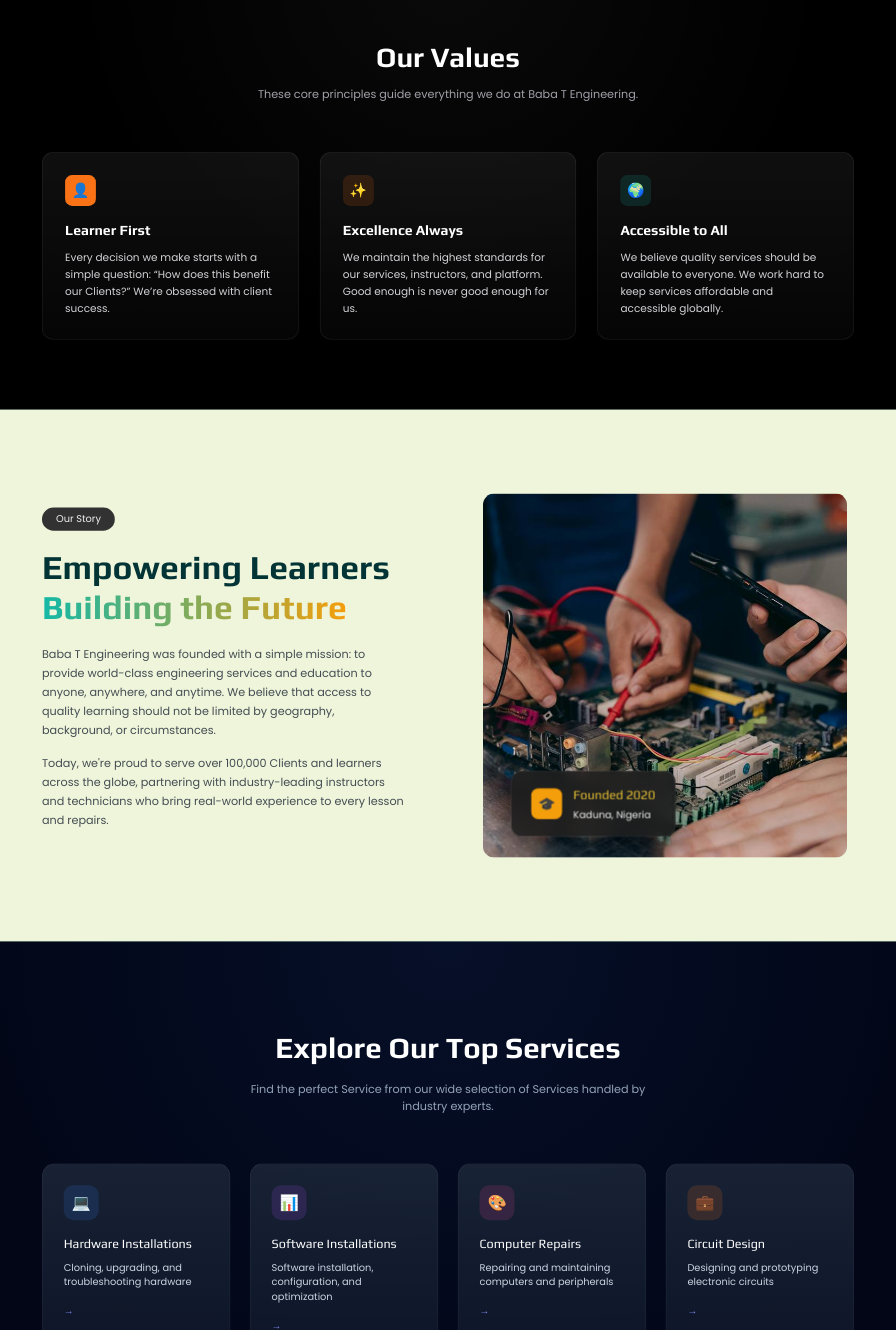
Repository: KC-Minchakpu/babatunde
Page: /
The author's editor kept a copy of each file at every save. The page is drawn from the files as they stood at one save, then again after the next save.
The browser window is 1280 px wide. The pictures show the part of the page from y = 983 to 2883 px (the page is 3736 px tall), at 70% of full size.
The project was rebuilt for these pictures with package versions that can differ from the ones it lists, and the page was loaded fresh each time. The framework's server and built-in components were replaced by stand-ins that run in the browser. Also part of the build but not shown: next.config.ts.

Above is the page before, as saved 2026-02-18 15:24:03.

After the next save:
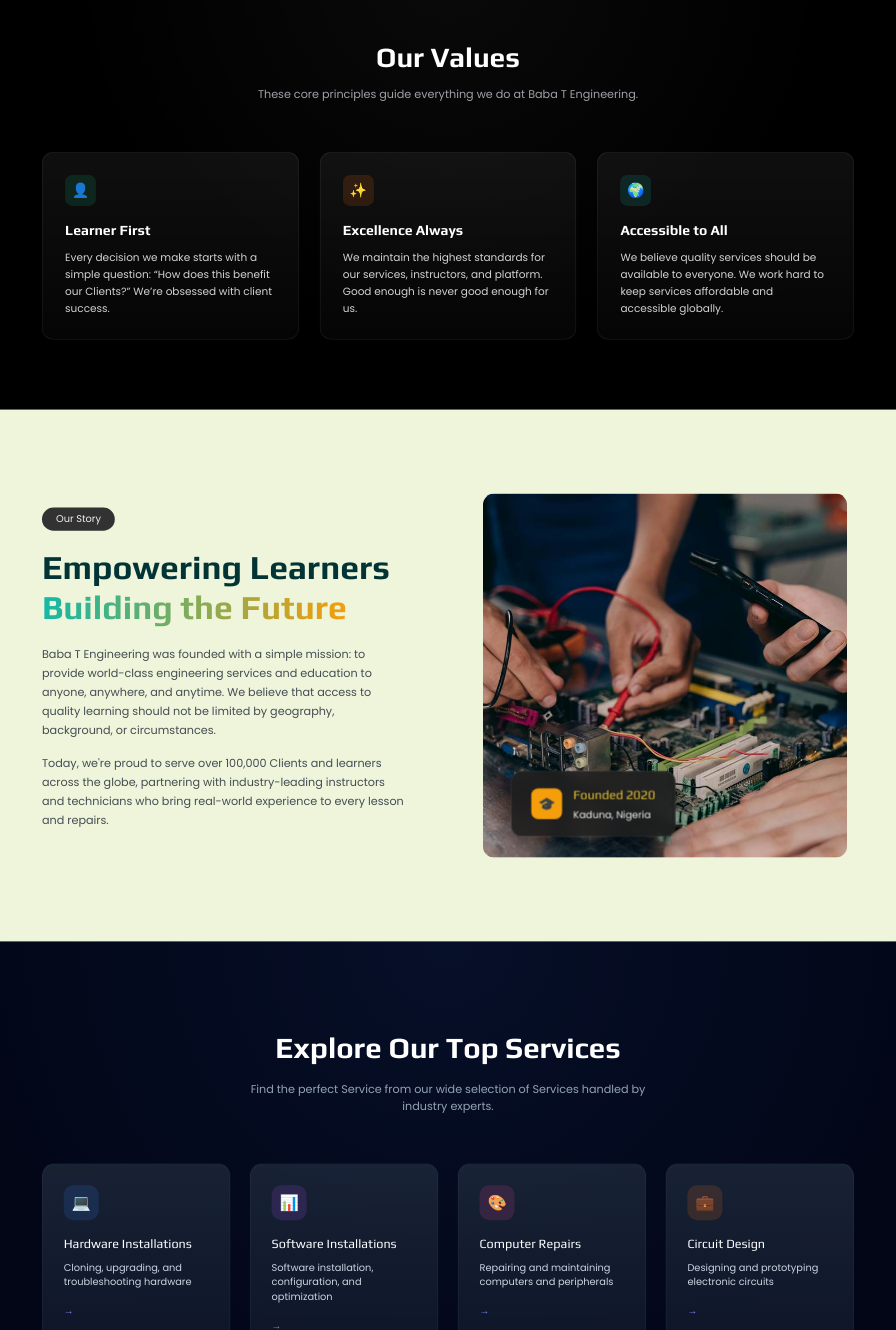
Saved 40 s later.
--- a/src/components/Values/Values.module.css
+++ b/src/components/Values/Values.module.css
@@ -81,8 +81,8 @@
 }
 
 .iconGreen {
-  background: #f97316;
-  color: #1a1b1b;
+  background: rgba(16, 185, 129, 0.15);
+  color: #10b981;
 }
 
 .iconOrange {
